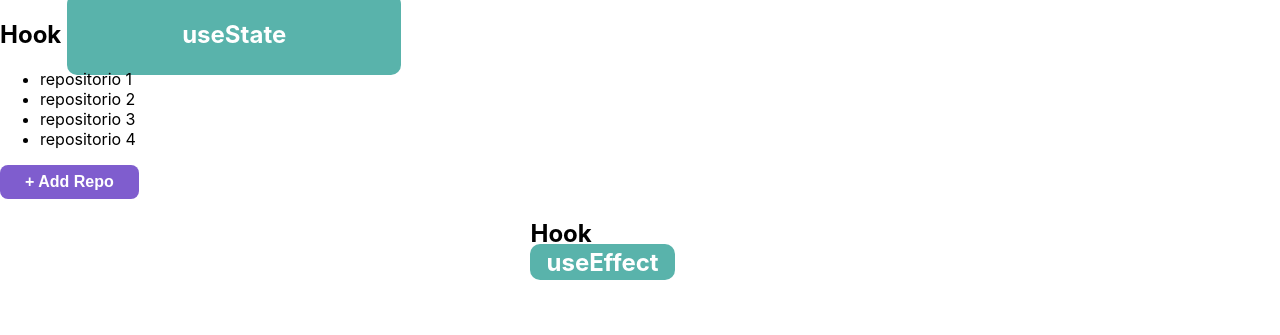
Repository: thiagolucio/react-hooks-use
Page: /
These files come from the project's save history. The page is drawn as it stood at one moment and after the next save; the edit follows.
The browser window is 1280 px wide. The pictures show the whole page.
The project was rebuilt for these pictures with package versions that can differ from the ones it lists, and the page was loaded fresh each time.

Above is the page before, as saved 2022-03-08 22:53:39.

After the next save:
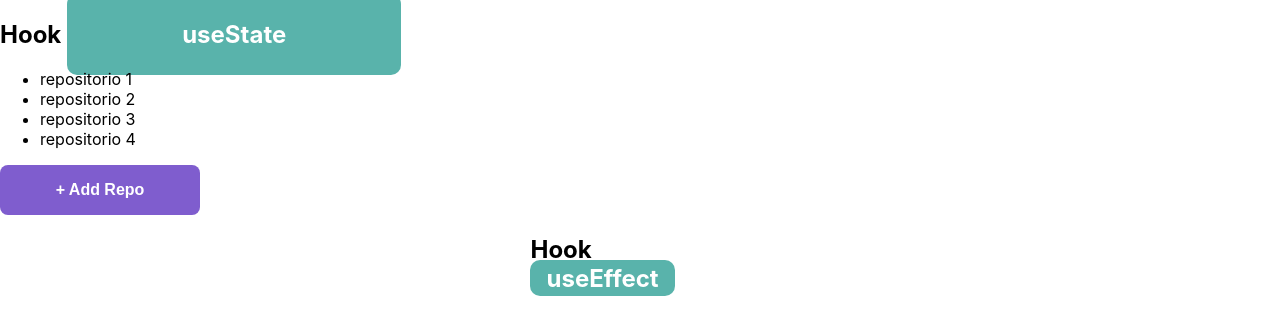
Saved 25 s later.
--- a/src/Components/UseStateExample.css
+++ b/src/Components/UseStateExample.css
@@ -1,4 +1,6 @@
 .buttonApp {
+    width: 200px;
+    height: 50px;
     font-size: 16px;
     padding: 8px 25px;
     background-color: #7f5dce;
